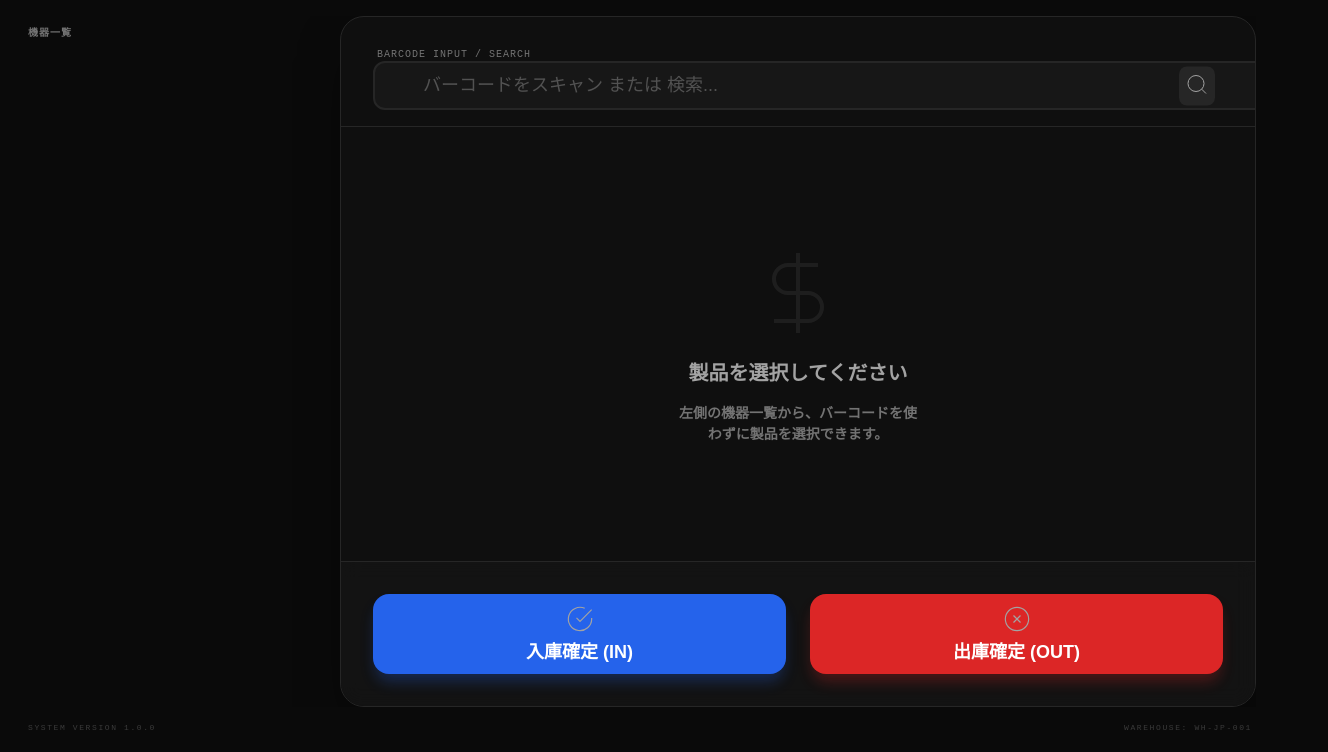
Repository: t-morika/Souko2_app
Page: index-list.html
The author's editor kept a copy of each file at every save. The page is drawn from the files as they stood at one save, then again after the next save.
The browser window is 1280 px wide. The page is 1280 px wide, then 1328 px, so the pictures cover 1328 px, including what lies to the right of the window. The pictures show the whole page.
The page's requests for data from a server got no answer.

Above is the page before, as saved 2026-04-30 10:52:35.
Not found: static/style-list.css

### index-list.html
<!DOCTYPE html>
<html lang="ja">
<head>
    <meta charset="UTF-8">
    <meta name="viewport" content="width=device-width, initial-scale=1.0">
    <title>PC機器在庫管理 - 機器一覧版</title>
    <link rel="stylesheet" href="/static/style.css">
    <link rel="stylesheet" href="/static/style-list.css">
</head>
<body>
    <div class="app">
        <main class="main">
            <section class="list-section">
                <h2 class="section-title">機器一覧</h2>
                <div class="category-buttons" id="category-buttons">
                    <!-- カテゴリボタン -->
                </div>
                <div class="list-grid" id="device-list">
                    <!-- 製品カードがここに入ります -->
                </div>
            </section>

            <section class="product-section" id="product-section">
                <div class="barcode-input-container product-panel-barcode">
                    <label class="input-label">Barcode Input / Search</label>
                    <div class="input-group">
                        <input
                            type="text"
                            id="barcode"
                            placeholder="バーコードをスキャン または 検索..."
                            class="barcode-input"
                        />
                        <button id="search-barcode" class="search-btn">
                            <svg class="icon" viewBox="0 0 24 24" fill="none" stroke="currentColor">
                                <circle cx="11" cy="11" r="8"></circle>
                                <path d="m21 21-4.35-4.35"></path>
                            </svg>
                        </button>
                    </div>
                </div>
                <div class="product-detail" id="product-detail">
                    <div class="placeholder">
                        <svg class="icon" viewBox="0 0 24 24" fill="none" stroke="currentColor">
                            <path d="M12 2v20M17 5H9.5a3.5 3.5 0 0 0 0 7h5a3.5 3.5 0 0 1 0 7H6"></path>
                        </svg>
                        <p>製品を選択してください</p>
                        <p class="description">左側の機器一覧から、バーコードを使わずに製品を選択できます。</p>
                    </div>
                </div>
                <div class="execution-section">
                    <button id="stock-in" class="action-btn in-btn">
                        <svg class="icon" viewBox="0 0 24 24" fill="none" stroke="currentColor">
                            <path d="M22 11.08V12a10 10 0 1 1-5.93-9.14"></path>
                            <polyline points="22,4 12,14.01 9,11.01"></polyline>
                        </svg>
                        <span>入庫確定 (IN)</span>
                    </button>
                    <button id="stock-out" class="action-btn out-btn">
                        <svg class="icon" viewBox="0 0 24 24" fill="none" stroke="currentColor">
                            <circle cx="12" cy="12" r="10"></circle>
                            <path d="m15 9-6 6"></path>
                            <path d="m9 9 6 6"></path>
                        </svg>
                        <span>出庫確定 (OUT)</span>
                    </button>
                </div>
            </section>
        </main>
        <div class="notifications" id="notifications"></div>
        <footer class="footer">
            <span>System Version 1.0.0</span>
            <span>Warehouse: WH-JP-001</span>
        </footer>
    </div>
    <script src="/static/script-list.js"></script>
</body>
</html>

### style.css
/* Dark theme inspired by inventory-flow-pro */
body {
    margin: 0;
    padding: 0;
    font-family: 'Inter', -apple-system, BlinkMacSystemFont, 'Segoe UI', Roboto, sans-serif;
    background-color: #0a0a0a;
    color: #f5f5f5;
    height: 100vh;
    overflow: hidden;
}

.app {
    display: flex;
    flex-direction: column;
    height: 100vh;
    padding: 1rem 1.5rem;
    gap: 1rem;
}

/* Header */
.header {
    display: grid;
    grid-template-columns: 1fr auto;
    gap: 1rem;
    flex-shrink: 0;
}

.input-label {
    font-size: 10px;
    font-family: 'JetBrains Mono', monospace;
    text-transform: uppercase;
    letter-spacing: 0.1em;
    color: #737373;
    margin-left: 0.25rem;
    margin-bottom: 0.25rem;
}

.input-group {
    position: relative;
}

.barcode-input {
    width: 100%;
    background-color: #171717;
    border: 2px solid #262626;
    border-radius: 0.75rem;
    padding: 0.75rem 3rem 0.75rem 3rem;
    font-size: 1.125rem;
    outline: none;
    transition: border-color 0.2s;
    color: #f5f5f5;
}

.barcode-input:focus {
    border-color: #3b82f6;
}

.product-panel-barcode {
    padding: 1.5rem 2rem 1rem;
    border-bottom: 1px solid #262626;
}

.barcode-input::placeholder {
    color: #525252;
}

.search-btn {
    position: absolute;
    right: 0.5rem;
    top: 50%;
    transform: translateY(-50%);
    background-color: #262626;
    border: none;
    padding: 0.375rem;
    border-radius: 0.5rem;
    cursor: pointer;
    transition: background-color 0.2s;
}

.search-btn:hover {
    background-color: #404040;
}

.icon {
    width: 1.5rem;
    height: 1.5rem;
    color: #a3a3a3;
}


/* Main */
.main {
    flex: 1;
    display: grid;
    grid-template-columns: 300px 1fr;
    gap: 1rem;
    overflow: hidden;
}

/* Quick Section */
.quick-section {
    display: flex;
    flex-direction: column;
    gap: 0.75rem;
    overflow: hidden;
}

.section-title {
    font-size: 10px;
    font-family: 'JetBrains Mono', monospace;
    text-transform: uppercase;
    letter-spacing: 0.1em;
    color: #737373;
    margin-left: 0.25rem;
    flex-shrink: 0;
}

.quick-grid {
    display: grid;
    grid-template-columns: repeat(2, 1fr);
    gap: 0.75rem;
    overflow-y: auto;
    padding-right: 0.25rem;
    padding-bottom: 0.5rem;
}

.quick-btn {
    display: flex;
    flex-direction: column;
    align-items: center;
    justify-content: center;
    gap: 0.5rem;
    aspect-ratio: 1;
    border-radius: 1rem;
    border: 2px solid #262626;
    background-color: #171717;
    color: #a3a3a3;
    transition: all 0.2s;
    cursor: pointer;
    padding: 0.5rem;
}

.quick-btn:hover {
    background-color: #262626;
    border-color: #404040;
}

.quick-btn.active {
    background-color: rgba(59, 130, 246, 0.1);
    border-color: #3b82f6;
    color: #3b82f6;
}

.quick-btn .icon {
    width: 2rem;
    height: 2rem;
}

.quick-btn span {
    font-weight: bold;
    font-size: 0.875rem;
    text-align: center;
    line-height: 1.2;
}

/* Product Section */
.product-section {
    background-color: rgba(23, 23, 23, 0.4);
    border: 1px solid #262626;
    border-radius: 1.5rem;
    overflow: hidden;
    display: flex;
    flex-direction: column;
    box-shadow: 0 25px 50px -12px rgba(0, 0, 0, 0.5);
}

.product-detail {
    flex: 1;
    overflow-y: auto;
    padding: 2rem;
    display: flex;
    flex-direction: column;
    gap: 2rem;
}

.product-header {
    display: flex;
    align-items: flex-start;
    justify-content: space-between;
}

.product-info {
    display: flex;
    flex-direction: column;
    gap: 0.25rem;
}

.category-label {
    font-size: 0.75rem;
    font-weight: bold;
    text-transform: uppercase;
    letter-spacing: 0.2em;
    color: #3b82f6;
}

.product-name {
    font-size: 2.25rem;
    font-weight: 900;
    color: white;
    line-height: 1.2;
    margin: 0;
}

.clear-btn {
    padding: 0.5rem;
    background-color: transparent;
    border: none;
    color: #737373;
    cursor: pointer;
    transition: color 0.2s;
}

.clear-btn:hover {
    color: #ef4444;
}

.product-tags {
    display: flex;
    flex-wrap: wrap;
    gap: 0.5rem;
}

.tag {
    padding: 0.375rem 1rem;
    background-color: #262626;
    border-radius: 9999px;
    font-size: 0.75rem;
    font-weight: bold;
    border: 1px solid #404040;
}

.tag.maker {
    font-size: 0.75rem;
}

.tag.id {
    font-family: 'JetBrains Mono', monospace;
    font-size: 10px;
}

/* Quantity Adjustment */
.quantity-adjust {
    display: flex;
    flex-direction: column;
    gap: 0.75rem;
}

.section-label {
    font-size: 10px;
    font-family: 'JetBrains Mono', monospace;
    text-transform: uppercase;
    letter-spacing: 0.1em;
    color: #737373;
}

.quantity-controls {
    display: flex;
    align-items: center;
    gap: 1.5rem;
}

.quantity-btn {
    width: 4rem;
    height: 4rem;
    background-color: #262626;
    border: 2px solid #404040;
    border-radius: 1rem;
    color: white;
    cursor: pointer;
    transition: background-color 0.2s;
    display: flex;
    align-items: center;
    justify-content: center;
}

.quantity-btn:hover {
    background-color: #404040;
}

.quantity-input {
    width: 6rem;
    height: 4rem;
    background-color: transparent;
    border: none;
    border-bottom: 4px solid #262626;
    text-align: center;
    font-size: 2.5rem;
    font-weight: 900;
    outline: none;
    color: white;
    transition: border-color 0.2s;
    -moz-appearance: textfield;
}

.quantity-input::-webkit-outer-spin-button,
.quantity-input::-webkit-inner-spin-button {
    -webkit-appearance: none;
    margin: 0;
}

.quantity-input:focus {
    border-color: #3b82f6;
}

/* Execution Section */
.execution-section {
    flex-shrink: 0;
    padding: 2rem;
    border-top: 1px solid #262626;
    background-color: rgba(23, 23, 23, 0.6);
    backdrop-filter: blur(10px);
    display: grid;
    grid-template-columns: 1fr 1fr;
    gap: 1.5rem;
}

.action-btn {
    display: flex;
    flex-direction: column;
    align-items: center;
    justify-content: center;
    gap: 0.25rem;
    height: 5rem;
    border-radius: 1rem;
    border: none;
    color: white;
    font-weight: 900;
    font-size: 1.125rem;
    cursor: pointer;
    transition: all 0.2s;
    box-shadow: 0 10px 15px -3px rgba(0, 0, 0, 0.3);
}

.in-btn {
    background-color: #2563eb;
    box-shadow: 0 10px 15px -3px rgba(37, 99, 235, 0.3);
}

.in-btn:hover {
    background-color: #1d4ed8;
}

.out-btn {
    background-color: #dc2626;
    box-shadow: 0 10px 15px -3px rgba(220, 38, 38, 0.3);
}

.out-btn:hover {
    background-color: #b91c1c;
}

.action-btn .icon {
    width: 1.75rem;
    height: 1.75rem;
}

/* Notifications */
.notifications {
    position: fixed;
    bottom: 5rem;
    right: 2rem;
    z-index: 50;
    display: flex;
    flex-direction: column;
    gap: 0.75rem;
}

.notification {
    padding: 1rem;
    border-radius: 0.75rem;
    box-shadow: 0 25px 50px -12px rgba(0, 0, 0, 0.5);
    display: flex;
    align-items: center;
    gap: 0.75rem;
    border-left: 4px solid;
    max-width: 20rem;
    backdrop-filter: blur(10px);
}

.notification.in {
    background-color: rgba(23, 23, 23, 0.9);
    border-left-color: #3b82f6;
    color: #dbeafe;
}

.notification.out {
    background-color: rgba(23, 23, 23, 0.9);
    border-left-color: #ef4444;
    color: #fecaca;
}

.notification-icon {
    padding: 0.375rem;
    border-radius: 0.5rem;
}

.notification.in .notification-icon {
    background-color: #3b82f6;
}

.notification.out .notification-icon {
    background-color: #ef4444;
}

.notification-icon .icon {
    width: 1rem;
    height: 1rem;
    color: white;
}

.notification-message {
    font-weight: bold;
    font-size: 0.875rem;
}

/* Footer */
.footer {
    flex-shrink: 0;
    display: flex;
    justify-content: space-between;
    align-items: center;
    padding: 0 0.25rem;
    opacity: 0.2;
    font-size: 8px;
    font-family: 'JetBrains Mono', monospace;
    text-transform: uppercase;
    letter-spacing: 0.2em;
    padding-bottom: 0.25rem;
}

/* Responsive */
@media (max-width: 768px) {
    .app {
        padding: 0.5rem 1rem;
    }

    .header {
        grid-template-columns: 1fr;
        gap: 0.5rem;
    }

    .status-indicator {
        justify-self: flex-end;
    }

    .main {
        grid-template-columns: 1fr;
        gap: 0.5rem;
    }

    .quick-grid {
        grid-template-columns: repeat(3, 1fr);
    }

    .product-name {
        font-size: 1.875rem;
    }

    .quantity-controls {
        gap: 1rem;
    }

    .quantity-btn {
        width: 3rem;
        height: 3rem;
    }

    .quantity-input {
        width: 4rem;
        height: 3rem;
        font-size: 2rem;
    }

    .execution-section {
        padding: 1rem;
        grid-template-columns: 1fr;
        gap: 0.75rem;
    }

    .action-btn {
        height: 4rem;
        font-size: 1rem;
    }

    .notifications {
        right: 1rem;
        bottom: 4rem;
    }
}

/* Placeholder state */
.placeholder {
    flex: 1;
    display: flex;
    flex-direction: column;
    align-items: center;
    justify-content: center;
    text-align: center;
    color: #737373;
    gap: 1rem;
    padding: 2rem;
}

.placeholder .icon {
    width: 6rem;
    height: 6rem;
    opacity: 0.1;
}

.placeholder p {
    font-size: 1.25rem;
    font-weight: bold;
    color: #a3a3a3;
    margin: 0;
}

.placeholder .description {
    font-size: 0.875rem;
    color: #737373;
    max-width: 15rem;
    line-height: 1.5;
}

### script-list.js
document.addEventListener('DOMContentLoaded', function() {
    const barcodeInput = document.getElementById('barcode');
    const searchBarcodeBtn = document.getElementById('search-barcode');
    const categoryButtons = document.getElementById('category-buttons');
    const deviceList = document.getElementById('device-list');
    const productDetail = document.getElementById('product-detail');
    const stockInBtn = document.getElementById('stock-in');
    const stockOutBtn = document.getElementById('stock-out');
    const notifications = document.getElementById('notifications');

    let inventoryItems = [];
    let currentProduct = null;
    let currentCategoryFilter = 'all';

    fetchInventory();

    searchBarcodeBtn.addEventListener('click', searchByBarcode);
    barcodeInput.addEventListener('keypress', function(e) {
        if (e.key === 'Enter') {
            searchByBarcode();
        }
    });

    stockInBtn.addEventListener('click', () => updateStock('in'));
    stockOutBtn.addEventListener('click', () => updateStock('out'));

    function fetchInventory() {
        fetch('/api/inventory')
            .then(response => response.json())
            .then(data => {
                inventoryItems = data.map(item => ({
                    ...item.product,
                    quantity: item.quantity,
                    displayCategory: mapCategory(item.product.category)
                }));
                renderCategoryButtons();
                renderDeviceList();
            })
            .catch(error => console.error('Error loading inventory:', error));
    }

    function mapCategory(category) {
        if (category === 'マウス' || category === 'セキュリティワイヤー') {
            return '消耗品';
        }
        if (category === '一体型PC') {
            return '一体型';
        }
        return category;
    }

    function renderCategoryButtons() {
        const categories = ['all', '消耗品', 'ノートPC', '一体型', 'モニター'];
        categoryButtons.innerHTML = '';

        categories.forEach(category => {
            const button = document.createElement('button');
            button.type = 'button';
            button.className = 'category-button';
            button.textContent = category === 'all' ? 'すべて' : category;
            if (category === currentCategoryFilter) {
                button.classList.add('active');
            }
            button.addEventListener('click', () => {
                currentCategoryFilter = category;
                renderCategoryButtons();
                renderDeviceList();
            });
            categoryButtons.appendChild(button);
        });
    }

    function renderDeviceList() {
        deviceList.innerHTML = '';
        const displayOrder = ['消耗品', 'ノートPC', '一体型', 'モニター'];
        const grouped = inventoryItems.reduce((acc, item) => {
            acc[item.displayCategory] = acc[item.displayCategory] || [];
            acc[item.displayCategory].push(item);
            return acc;
        }, {});

        displayOrder.forEach(category => {
            if (currentCategoryFilter !== 'all' && currentCategoryFilter !== category) return;
            if (!grouped[category] || grouped[category].length === 0) return;

            const heading = document.createElement('div');
            heading.className = 'list-section-heading';
            heading.textContent = category;
            deviceList.appendChild(heading);

            grouped[category].sort((a, b) => a.name.localeCompare(b.name, 'ja'));
            grouped[category].forEach(item => {
                const card = document.createElement('button');
                card.type = 'button';
                card.className = 'device-card';
                card.innerHTML = `
                    <div class="device-card-header">
                        <div class="device-name">${item.name}</div>
                        <div class="device-meta">
                            <span><strong>${item.quantity}</strong> 在庫</span>
                        </div>
                    </div>
                    <div class="device-meta">
                        <span><strong>ID:</strong> ${item.barcode}</span>
                        <span><strong>カテゴリー:</strong> ${item.displayCategory}</span>
                        <span><strong>メーカー:</strong> ${item.manufacturer}</span>
                    </div>
                `;
                card.addEventListener('click', () => {
                    document.querySelectorAll('.device-card').forEach(node => node.classList.remove('active'));
                    card.classList.add('active');
                    selectProduct(item.id);
                });
                deviceList.appendChild(card);
            });
        });

        if (deviceList.innerHTML === '') {
            deviceList.innerHTML = '<div class="placeholder"><p>選択中のカテゴリに該当する製品はありません。</p></div>';
        }
    }

    function selectProduct(productId) {
        const product = inventoryItems.find(item => item.id === productId);
        if (!product) return;
        currentProduct = product;

        productDetail.innerHTML = `
            <div class="product-header">
                <div class="product-info">
                    <span class="category-label">${product.displayCategory}</span>
                    <h1 class="product-name">${product.name}</h1>
                </div>
                <button id="clear-product" class="clear-btn">CLEAR</button>
            </div>
            <div class="product-tags">
                <span class="tag maker">バーコードID: ${product.barcode}</span>
                <span class="tag id">メーカー: ${product.manufacturer}</span>
                <span class="tag id">現在庫: ${product.quantity}</span>
            </div>
            <div class="quantity-adjust">
                <span class="section-label">Adjust Quantity</span>
                <div class="quantity-controls">
                    <button id="quantity-minus" class="quantity-btn">-</button>
                    <input type="number" id="quantity" min="1" value="1" class="quantity-input">
                    <button id="quantity-plus" class="quantity-btn">+</button>
                </div>
            </div>
        `;

        document.getElementById('clear-product').addEventListener('click', clearProduct);
        document.getElementById('quantity-minus').addEventListener('click', () => adjustQuantity(-1));
        document.getElementById('quantity-plus').addEventListener('click', () => adjustQuantity(1));
        document.getElementById('quantity').addEventListener('change', (e) => {
            const val = parseInt(e.target.value);
            if (val < 1) e.target.value = 1;
        });
    }

    function clearProduct() {
        currentProduct = null;
        productDetail.innerHTML = `
            <div class="placeholder">
                <svg class="icon" viewBox="0 0 24 24" fill="none" stroke="currentColor">
                    <path d="M12 2v20M17 5H9.5a3.5 3.5 0 0 0 0 7h5a3.5 3.5 0 0 1 0 7H6"></path>
                </svg>
                <p>製品を選択してください</p>
                <p class="description">左側の機器一覧から、バーコードを使わずに製品を選択できます。</p>
            </div>
        `;
    }

    function adjustQuantity(delta) {
        const quantityElement = document.getElementById('quantity');
        if (!quantityElement) return;
        const current = parseInt(quantityElement.value) || 1;
        quantityElement.value = Math.max(1, current + delta);
    }

    function searchByBarcode() {
        const barcode = barcodeInput.value.trim();
        if (!barcode) return;

        fetch('/api/barcode/search', {
            method: 'POST',
            headers: { 'Content-Type': 'application/json' },
            body: JSON.stringify({ barcode })
        })
        .then(response => response.json())
        .then(product => {
            selectProduct(product.id);
            barcodeInput.value = '';
        })
        .catch(() => showNotification('製品が見つかりません', 'out'));
    }

    function updateStock(action) {
        if (!currentProduct) {
            showNotification('製品を選択してください', 'out');
            return;
        }

        const quantityElement = document.getElementById('quantity');
        const quantity = Math.max(1, parseInt(quantityElement.value) || 1);

        fetch('/api/inventory/update', {
            method: 'POST',
            headers: { 'Content-Type': 'application/json' },
            body: JSON.stringify({ product_id: currentProduct.id, action, quantity })
        })
        .then(response => response.json())
        .then(data => {
            if (data.message) {
                showNotification(`${currentProduct.name} を ${quantity}個 ${action === 'in' ? '入庫' : '出庫'}しました。`, action);
                clearProduct();
                fetchInventory();
            } else {
                showNotification(data.error, 'out');
            }
        })
        .catch(error => console.error('Error updating stock:', error));
    }

    function showNotification(message, type) {
        const notification = document.createElement('div');
        notification.className = `notification ${type}`;
        notification.innerHTML = `<div class="notification-icon"></div><span class="notification-message">${message}</span>`;
        notifications.appendChild(notification);
        setTimeout(() => notification.remove(), 4000);
    }
});

After the next save:
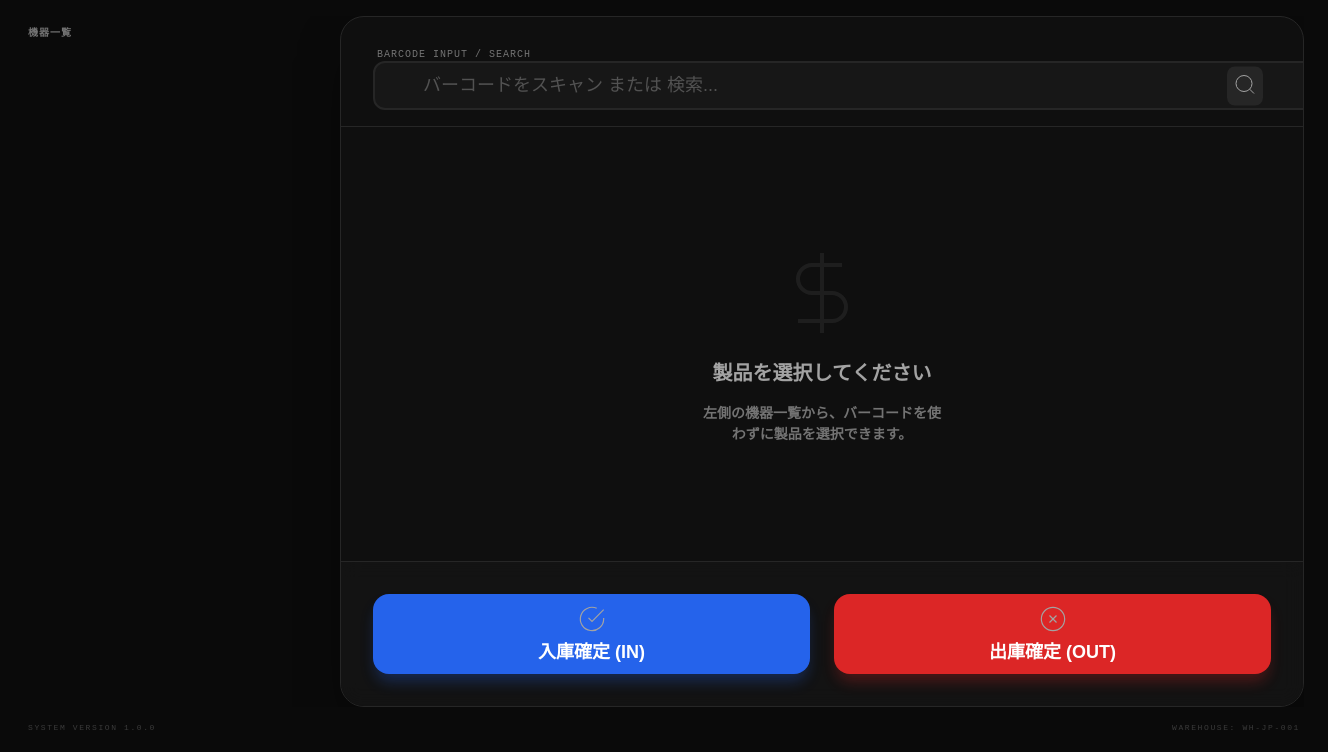
Saved 58 s later.
--- a/style.css
+++ b/style.css
@@ -6,6 +6,7 @@ body {
     background-color: #0a0a0a;
     color: #f5f5f5;
     height: 100vh;
+    width: 100vw;
     overflow: hidden;
 }
 
@@ -13,6 +14,7 @@ body {
     display: flex;
     flex-direction: column;
     height: 100vh;
+    width: 100vw;
     padding: 1rem 1.5rem;
     gap: 1rem;
 }
